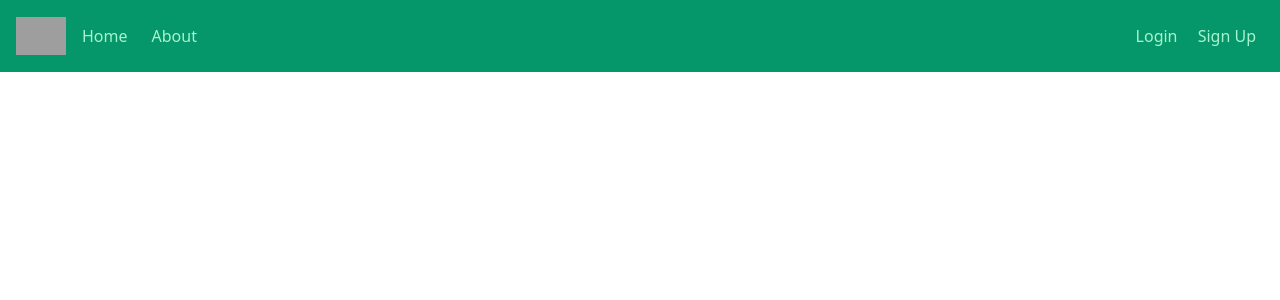
Repository: DaNiels89/tailwind-stawberries
Page: index.html
These files come from the project's save history. The page is drawn as it stood at one moment and after the next save; the edit follows.
The browser window is 1280 px wide. The pictures show the whole page.
Pictures or frames that could not be fetched are drawn as grey boxes.

Above is the page before, as saved 2020-08-24 13:25:16.

After the next save:
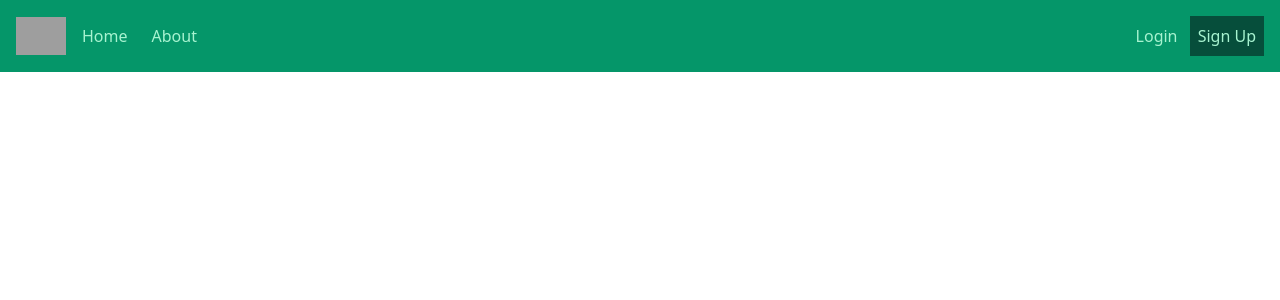
Saved 25 s later.
--- a/index.html
+++ b/index.html
@@ -32,7 +32,9 @@
         </div>
         <div class="">
           <a href="#" class="inline-block p-2 text-green-200">Login</a>
-          <a href="#" class="inline-block p-2 text-green-200">Sign Up</a>
+          <a href="#" class="inline-block p-2 text-green-200 bg-green-900"
+            >Sign Up</a
+          >
         </div>
       </nav>
     </header>
